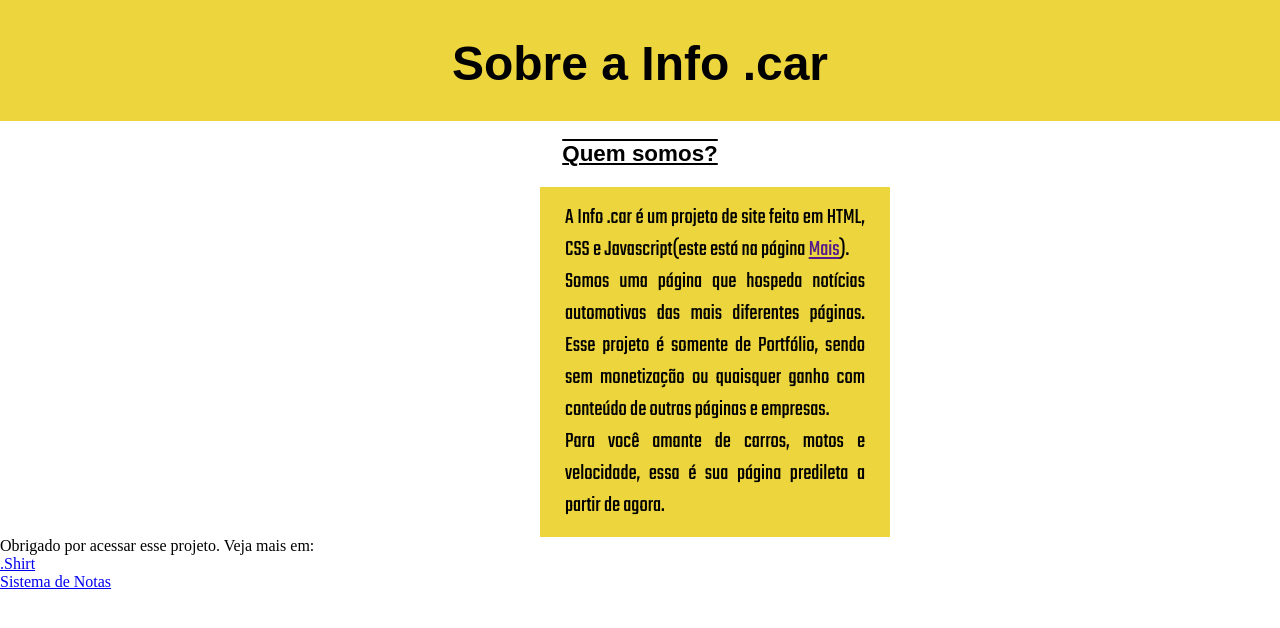
Repository: Leonngc/projeto-info.car
Page: sobre.html
An editor plug-in stored every save of this project. The page is shown before and after a run of saves, followed by the edit.
The browser window is 1280 px wide. The pictures show the whole page.
Some web fonts or font styles are not loaded; a fallback is used.

Above is the page before, as saved 2022-11-05 15:35:35.

After the next 2 saves:
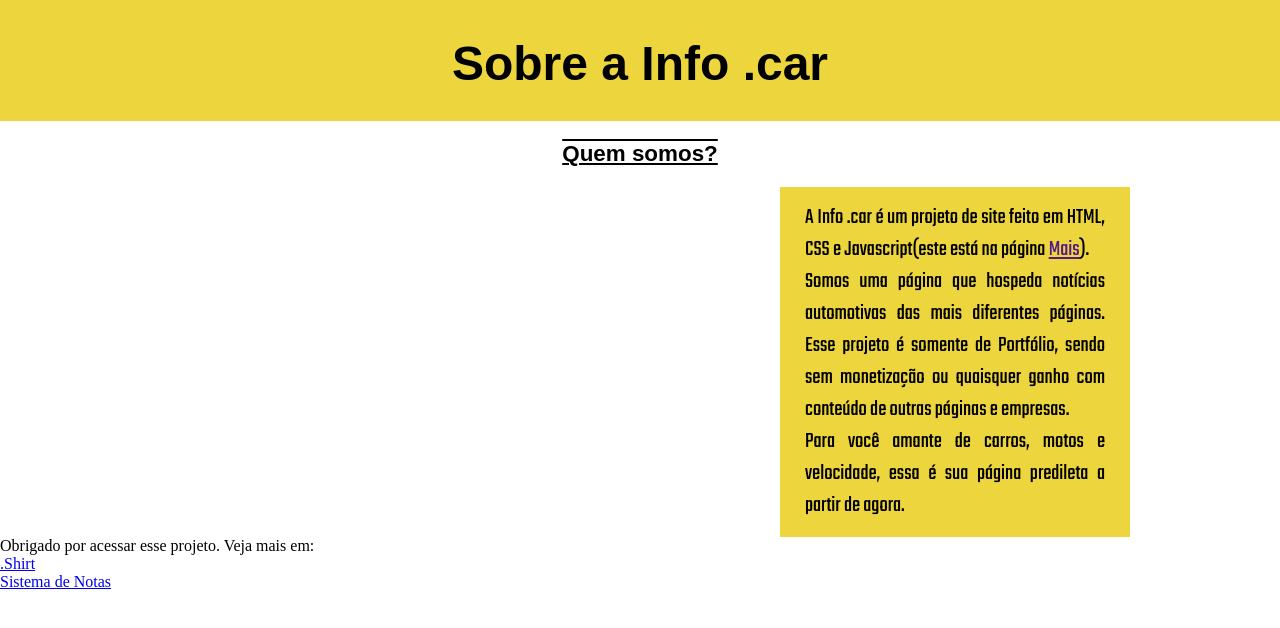
The 2 saves are shown as one change because they came seconds apart.
The last was saved 2 min 6 s later.
--- a/sobre.css
+++ b/sobre.css
@@ -45,7 +45,7 @@ article > p{
    text-align: justify;
    margin: auto;
    margin-right: 400px;
-   margin-left: 400px;
+   margin-left: 50vw;
    min-width: 300px;
    min-height: 300px;
    padding: 15px 25px;
